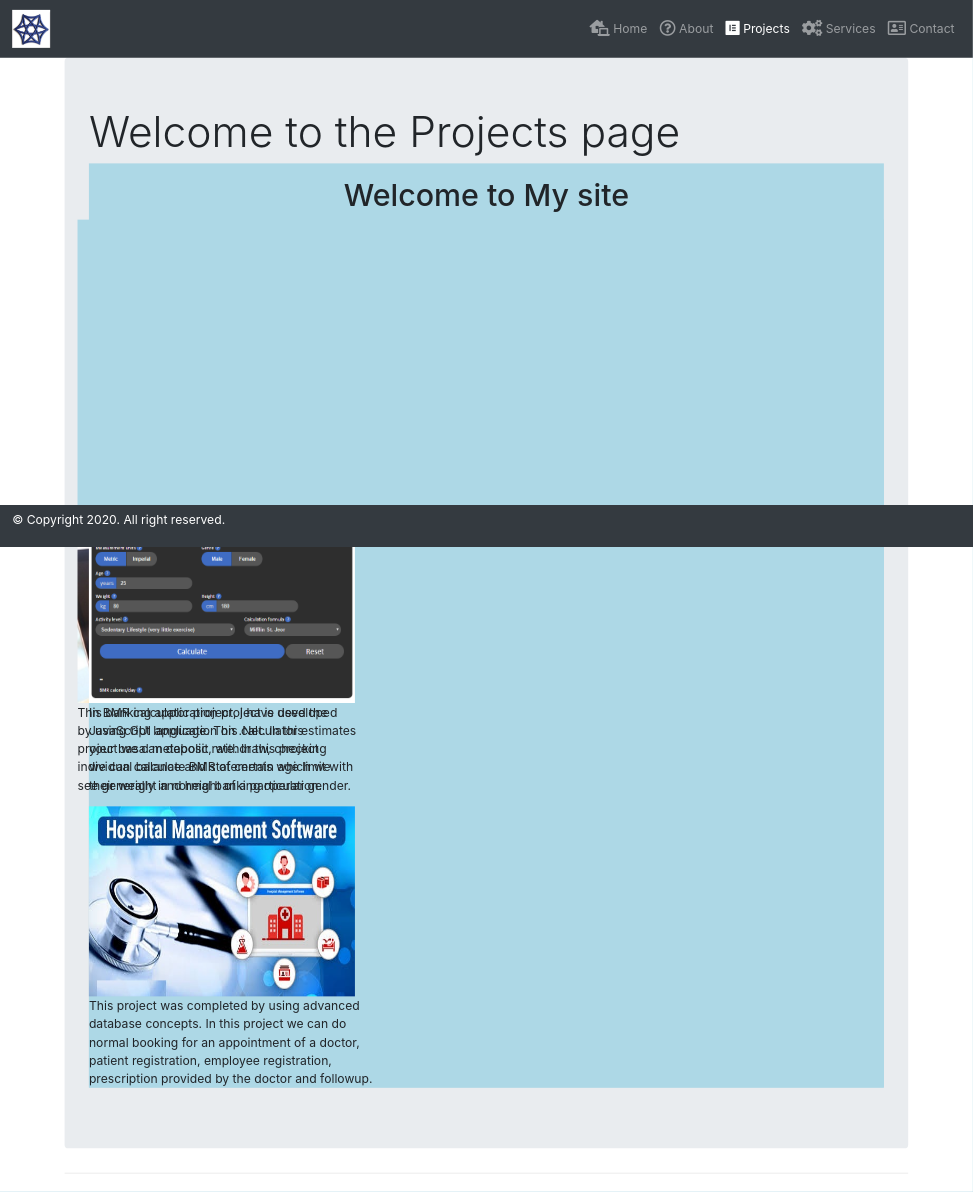
Repository: laxmangothe2020/COMP229Assignment
Page: http://localhost/projects
An editor plug-in stored every save of this project. The page is shown before and after the next save, followed by the edit.
The browser window is 1280 px wide. The pictures show the whole page, at 76% of full size.
The page is served by the project's Node server (server.js). Other server files are loaded and not shown.

Above is the page before, as saved 2021-02-11 18:23:33.

### views/index.ejs

<%- include partials/header.ejs %>

   <%- include partials/main_nav.ejs %>

      <!-- Main Contain -->
   <main class="container">
    <div class="jumbotron">
    <h1 class="display-4"> Welcome to the <%= title %> page </h1>
    <!--Using Switch case all infornation passed through here-->
      <% switch (title) {
        case 'Home' : %>
        <%- include partials/home.ejs %>
                <% break;

        case 'About' : %>
        <%- include partials/about.ejs %>
                <% break;

        case 'Projects' : %>
        <%- include partials/projects.ejs %>
                <% break;

        case 'Services' : %>
        <%- include partials/services.ejs %>
                <% break;

        case 'Contact' : %>
        <%- include partials/contact.ejs %>
              <% break;
       } %>
      <hr class="my-4">
    </div>
  </main>

   <%- include partials/bottom_nav.ejs %>


    <%- include partials/footer.ejs %>

### views/partials/header.ejs

<!DOCTYPE html>
<html lang="en">
  <head>
   <meta charset="UTF-8">
   <meta name="viewport" content="with=device-width, initial-scale=1.0">
    <title><%= title %></title>

  <!-- CSS Section-->
  <link rel="stylesheet" href="/bootstrap/dist/css/bootstrap.min.css">
  <link rel="stylesheet" href="/@fortawesome/fontawesome-free/css/all.min.css">
  <link rel='stylesheet' href='/Content/app.css'/>

</head>
<body>

### views/partials/main_nav.ejs
<!-- Main Navigation -->
   <nav class="navbar navbar-expand-lg navbar-dark bg-dark">
      <a class="navbar-brand" href="/"><img src="./Assets/images/hexagon.jpg" alt="Hexagon picture" width="50" height="50"></a>
      <button class="navbar-toggler" type="button" data-toggle="collapse" data-target="#navbarSupportedContent" aria-controls="navbarSupportedContent" aria-expanded="false" aria-label="Toggle navigation">
       <span class="navbar-toggler-icon"></span>
     </button>

     <div class="collapse navbar-collapse" id="navbarSupportedContent">
        <ul class="navbar-nav ml-auto">

          <% if (title == "Home") { %>
        <li class="nav-item active">
        <% } else { %>
        <li class="nav-item">
        <% } %>
          <a class="nav-link" href="/home"><i class="fas fa-lg fa-laptop-house"></i> Home </a>
        </li>

        <% if (title == "About") { %>
          <li class="nav-item active">
          <% } else { %>
          <li class="nav-item">
          <% } %>
        <a class="nav-link" href="/about"><i class="far fa-lg fa-question-circle"></i> About </a>
        </li>

        <% if (title == "Projects") { %>
          <li class="nav-item active">
          <% } else { %>
          <li class="nav-item">
          <% } %>
        <a class="nav-link" href="/projects"><i class="fab fa-lg fa-elementor"></i> Projects </a>
        </li>

        <% if (title == "Services") { %>
          <li class="nav-item active">
          <% } else { %>
          <li class="nav-item">
          <% } %>
        <a class="nav-link" href="/services"><i class="fas fa-lg fa-cogs"></i> Services </a>
        </li>

        <% if (title == "Contact") { %>
          <li class="nav-item active">
          <% } else { %>
          <li class="nav-item">
          <% } %>
        <a class="nav-link" href="/contact"><i class="far fa-lg fa-address-card"></i> Contact </a>

        </li>

      </div>
    </nav>

### views/partials/home.ejs
<body>


   <div style="background-color: lightblue;margin-bottom: 10px">
                    <h3 style="padding-left: 40px;padding-top:10px;color: #AA7439"><h1 style="text-align:center;">Welcome to My site</h1>
                    <div style="width: 100%;height:100%;background-color:lightblue;">
                        <img src="./Assets/images/homeimg.png" alt="3D Picture" width="450" style="float: right;margin-left: 20px;margin-right:20px;">
                       <p style="padding-left:15px; padding-right: 10px; color:#696969;margin:20px;text-align: justify;line-height:1.7;padding-bottom: 20px;">

                           Your new MyWebsite Now is here! Let's build and publish your website together. We developed this series of help articles to introduce you to the basic functions of web design with your MyWebsite Now.Our industry software experts have years of experience building business automation web solutions for a number of verticals. We use custom APIs and our mastery of web services to build web-based automation services for applications like inventory control, digital marketing and customer relationship management.
                           <br> <br><b> MISSION STATEMENT </b><br><br>
                            My mission is to have a successful careers in software engineering and graduate education with a thorough understanding of software engineering and experiential learning opportunities to apply that knowledge to solve real-world problems.
                                 </p>

                    </div>
                </div>
        <p>
         <h5 style="text-align:center;"><a href="/about"> About Page</a></h5>
        </p>
                <div >
                <div class="social" style="float:left;clear:none;float: right;">

                   <img src="./Assets/images/fbcolor.png">

                   <img src="./Assets/images/InstaColor.png">

                    <img src="./Assets/images/twitterColor.png">
                    <img src="./Assets/images/gPlusColor.png">
            </div>
            </div>

</body>

### views/partials/about.ejs

         <div id="contentEditable">


                    <div style="background-color: lightblue;">
                        <h3 style="padding-left: 40px;padding-top:20px;color: #AA7439"><h3 style="text-align:center;"> About Me </h3>
                        <div style="width: 100%;height:100%;background-color:lightblue;">
                            <img src="./Assets/images/laxman.jpeg" alt="Security for Life" width="300" style="float: right;margin-left: 30px;margin-right:30px">
                           <p style="padding-left:15px; padding-right: 10px; color:#696969;margin:20px;text-align: justify;line-height:1.7;padding-bottom: 20px;">
                             Hello, my name is Laxman Gothe. Currently, I am a student of Software Engineering Technology in the 3rd semester. I am from Nepal. I believe that learning never ends. I love hiking, rafting, and traveling to new places in my free time.
                             <br>
                             <br>
                             Regarding to my education, I had completed a bachlor's degree in Electronics and Communication Engineering fro Tribhuvan University, Nepal.
                             <br>
                             <br>
                             I had enrolled in Software Engineering Technology at Centennial College to a software developer and currently I am enrolled in 3rd semester. Software technology is my first subject that I am taking in Canada and I am enjoying it as it is my part of interest too.
                             <br>
                             <br>
                             Thank You
                             <br>
                             <br>
                             With Regards
                             <br>
                             <br>
                             Laxman Gothe
                             <br>
                             <br>
                             301102988

                           </p>
                       </div>


                    </div>
        </div>
<p>
<h5 style="text-align:center;"><a href="/public/PDF/resume.pdf"> Resume </a></h5>
</p>

### views/partials/projects.ejs
<body>
 <div style="background-color: lightblue;margin-bottom: 15px">
                    <h3 style="padding-left: 40px;padding-top:10px;color: #AA7439"><h1 style="text-align:center;">Welcome to My site</h1>
                    <div style="width: 100%;height:100%;background-color:lightblue;">
  <div id="contentEditable">

      <div class="row">
       <div class="column">
        <div style="width: 100%;height:100%;background-color:lightblue;"></div>
           <img src="./Assets/images/banking.jpg" width="350" height="250">
        <p> This banking application project is developed<br>
            by using GUI application on .Net. In this  <br>
            project we can deposit, withdraw, checking<br>
            individual balance and statements which we <br>
            see generally in normal banking operation.</p>
      </div>
    </div>

     <div class="column">
          <img src="./Assets/images/bmr.png" width="350" height="250" >
        <p> In BMR calculator project, I have used the<br>
            JavaScript language. This calculator estimates <br>
            your basal metabolic rate. In this project <br>
            we can calculate BMR of certain age limit with <br>
            their weight and height of a particular gender.</p>
      </div>
    <div class="column">
           <img src="./Assets/images/hospital.jpg" width="350" height="250" >
        <p> This project was completed by using advanced<br>
            database concepts. In this project we can do <br>
            normal booking for an appointment of a doctor,<br>
            patient registration, employee registration,<br>
            prescription provided by the doctor and followup.</p>
     </div>
  </div>
 </div>
 </div>
 </div>
 </body>

### views/partials/services.ejs


<div class="row">
    <div class="column">
        <img src="./Assets/images/mobile.jpg" width="350" height="250" >
    </div>
    <div class="column">
        <img src="./Assets/images/game.jpg" width="350" height="250" >
    </div>
    <div class="column">
        <img src="./Assets/images/quality.jpg" width="350" height="250" >
    </div>
    <br><p><b>Services we provides are:</b></p><br>
    <br><ul style="list-style-image:url(images/bullet.png);">
    <li>Mobile Development  📱</li>
    <li>Game Development  🎮</li>
    <li>Quality Assurance  🎖️</li>
    <li>Website Design  🌐</li>
    <li>Technical Support  ♻️</li>
    </ul>
</div>

### views/partials/contact.ejs
<body>
 <div style="background-color: lightblue;margin-bottom: 10px">
                    <h3 style="padding-left: 40px;padding-top:10px;color: #AA7439"><h1 style="text-align:center;">Welcome to My site</h1>
                    <div style="width: 100%;height:100%;background-color:lightblue;">
<div class="container">
    <h5 class="display-5">Please Fillup the following details</h5>
    <div id="errorMessage" class="alert alert-danger" role="alert" hidden>

    </div>
    <hr>
    <form id="conactForm">
      <div class="form-group">
        <label for="firstName">First Name</label>
        <input type="text" class="form-control" id="firstName" name="firstName" aria-describedby="firstName"
        placeholder="Enter First Name" required autofocus>
      </div>

      <div class="form-group">
        <label for="lastName">Last Name</label>
        <input type="text" class="form-control" id="lastName" name="lastName" aria-describedby="lastName"
        placeholder="Enter Last Name" required>
      </div>

      <div class="form-group">
        <label for="contactNumber">Contact Number</label>
        <input type="tel" class="form-control" id="contactNumber" name="contactNumber" aria-describedby="contactNumber"
        placeholder="Enter Contact Number" required>
      </div>

      <div class="form-group">
        <label for="emailAddress">Email address</label>
        <input type="email" class="form-control" id="emailAddress" name="emailAddress" aria-describedby="emailAddress"
        placeholder="Enter Email" required>
      </div>

      <div class="form-group">
        <label for="shortMessage">Your Message</label>
        <textarea class="form-control" id="shortMessage"  name="shortMessage" rows="3" aria-describedby="shortMessage" placeholder="--If you have Short message, please write here--" required></textarea></textarea>
      </div>

      <button type="button" class="btn btn-outline-success">Submit</button></a>
      <!--<button id="submitButton" type="submit" class="btn btn-primary btn-lg"><i class="fas fa-share-square"></i> Send</button> -->
      <button type="button" class="btn btn-outline-danger">Cancel</button>
    </form>
  </div>
  </div>
  </div>
  </body>

### views/partials/bottom_nav.ejs
<!-- Bottom Nav -->

    <footer>

       <nav class="navbar fixed-bottom navbar-dark bg-dark">
           <p style="color:white;">&copy; Copyright 2020. All right reserved.</p>
       </nav>

    </footer>

### views/partials/footer.ejs
<!-- Script Section-->
    <script src="/jquery/dist/jquery.min.js"></script>
    <script src="/bootstrap/dist/js/bootstrap.min.js"></script>
    <script src="/Scripts/app.js"></script>
 </body>
</html>

### server.js
#!/usr/bin/env node

/**
 * Module dependencies.
 */

let app = require('./app');
let debug = require('debug')('week4:server');
let http = require('http');

/**
 * Get port from environment and store in Express.
 */

let port = normalizePort(process.env.PORT || '3000');
app.set('port', port);

/**
 * Create HTTP server.
 */

let server = http.createServer(app);

/**
 * Listen on provided port, on all network interfaces.
 */

server.listen(port);
server.on('error', onError);
server.on('listening', onListening);

/**
 * Normalize a port into a number, string, or false.
 */

function normalizePort(val) {
  let port = parseInt(val, 10);

  if (isNaN(port)) {
    // named pipe
    return val;
  }

  if (port >= 0) {
    // port number
    return port;
  }

  return false;
}

/**
 * Event listener for HTTP server "error" event.
 */

function onError(error) {
  if (error.syscall !== 'listen') {
    throw error;
  }

  let bind = typeof port === 'string'
    ? 'Pipe ' + port
    : 'Port ' + port;

  // handle specific listen errors with friendly messages
  switch (error.code) {
    case 'EACCES':
      console.error(bind + ' requires elevated privileges');
      process.exit(1);
      break;
    case 'EADDRINUSE':
      console.error(bind + ' is already in use');
      process.exit(1);
      break;
    default:
      throw error;
  }
}

/**
 * Event listener for HTTP server "listening" event.
 */

function onListening() {
  let addr = server.address();
  let bind = typeof addr === 'string'
    ? 'pipe ' + addr
    : 'port ' + addr.port;
  debug('Listening on ' + bind);
}

### routes/index.js
var express = require('express');
var router = express.Router();

/* GET home page. */
router.get('/', function(req, res, next) {
  res.render('index', { title: 'Home'});
});

/* GET home page. */
router.get('/home', function(req, res, next) {
  res.render('index', { title: 'Home'});
});

/* GET About page. */
router.get('/about', function(req, res, next) {
  res.render('index', { title: 'About'});
});

/* GET Products page. */
router.get('/projects', function(req, res, next) {
  res.render('index', { title: 'Projects'});
});

/* GET Services page. */
router.get('/services', function(req, res, next) {
  res.render('index', { title: 'Services'});
});


/* GET Contact us page. */
router.get('/contact', function(req, res, next) {
  res.render('index', { title: 'Contact'});
});

module.exports = router;

### app.js
//installed third party packages
let createError = require('http-errors');
let express = require('express');
let path = require('path');
let cookieParser = require('cookie-parser');
let logger = require('morgan');

let indexRouter = require('./routes/index');
let usersRouter = require('./routes/users');

let app = express();

// view engine setup
app.set('views', path.join(__dirname, 'views'));
app.set('view engine', 'ejs');

app.use(logger('dev'));
app.use(express.json());
app.use(express.urlencoded({ extended: false }));
app.use(cookieParser());
app.use(express.static(path.join(__dirname, 'public')));
app.use(express.static(path.join(__dirname, 'node_modules')));

app.use('/', indexRouter);
app.use('/users', usersRouter);
app.use('/public/images', express.static('./public/images') ) ;
app.use('/public/PDF', express.static('./public/PDF'));
app.use('/views/partials', express.static('./views/partials'));


// catch 404 and forward to error handler
app.use(function(req, res, next) {
  next(createError(404));
});

// error handler
app.use(function(err, req, res, next) {
  // set locals, only providing error in development
  res.locals.message = err.message;
  res.locals.error = req.app.get('env') === 'development' ? err : {};

  // render the error page
  res.status(err.status || 500);
  res.render('error');
  res.render('error', {title: 'Error'});
});

module.exports = app;

### public/Content/app.css
/* Custom CSS goes here */

### public/Scripts/app.js
// IIFE
(function(){
    function start()
    {
        console.log("App started...")
    }
    window.addEventListener("load", start);

})();

After the next save:
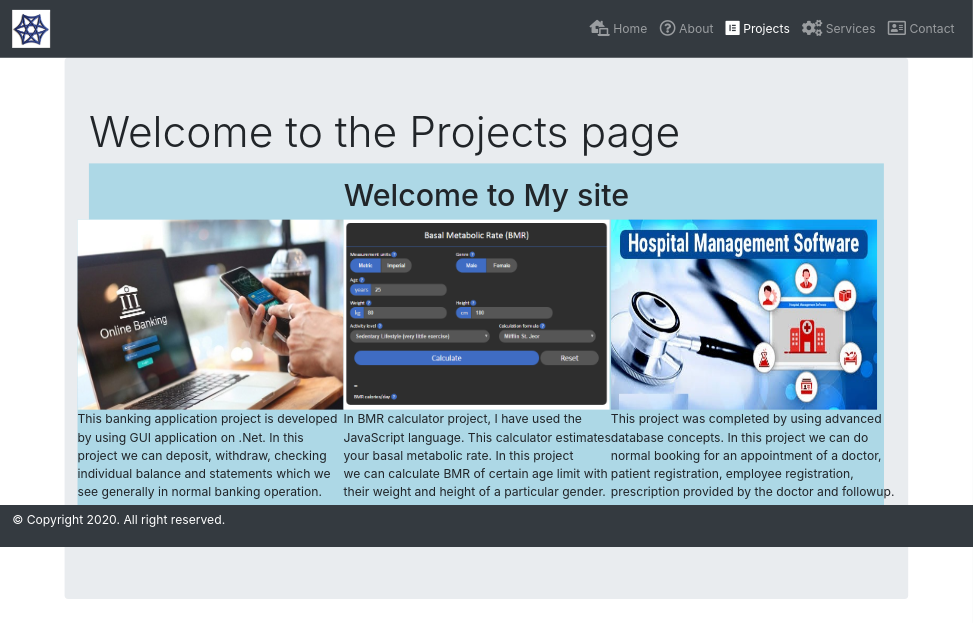
Saved 27 s later.
--- a/views/partials/projects.ejs
+++ b/views/partials/projects.ejs
@@ -6,7 +6,7 @@
 
       <div class="row">
        <div class="column">
-        <div style="width: 100%;height:100%;background-color:lightblue;"></div>
+        <div style="width: 100%;height:100%;background-color:lightblue;">
            <img src="./Assets/images/banking.jpg" width="350" height="250">
         <p> This banking application project is developed<br>
             by using GUI application on .Net. In this  <br>
@@ -15,7 +15,7 @@
             see generally in normal banking operation.</p>
       </div>
     </div>
-
+    </h3>
      <div class="column">
           <img src="./Assets/images/bmr.png" width="350" height="250" >
         <p> In BMR calculator project, I have used the<br>
